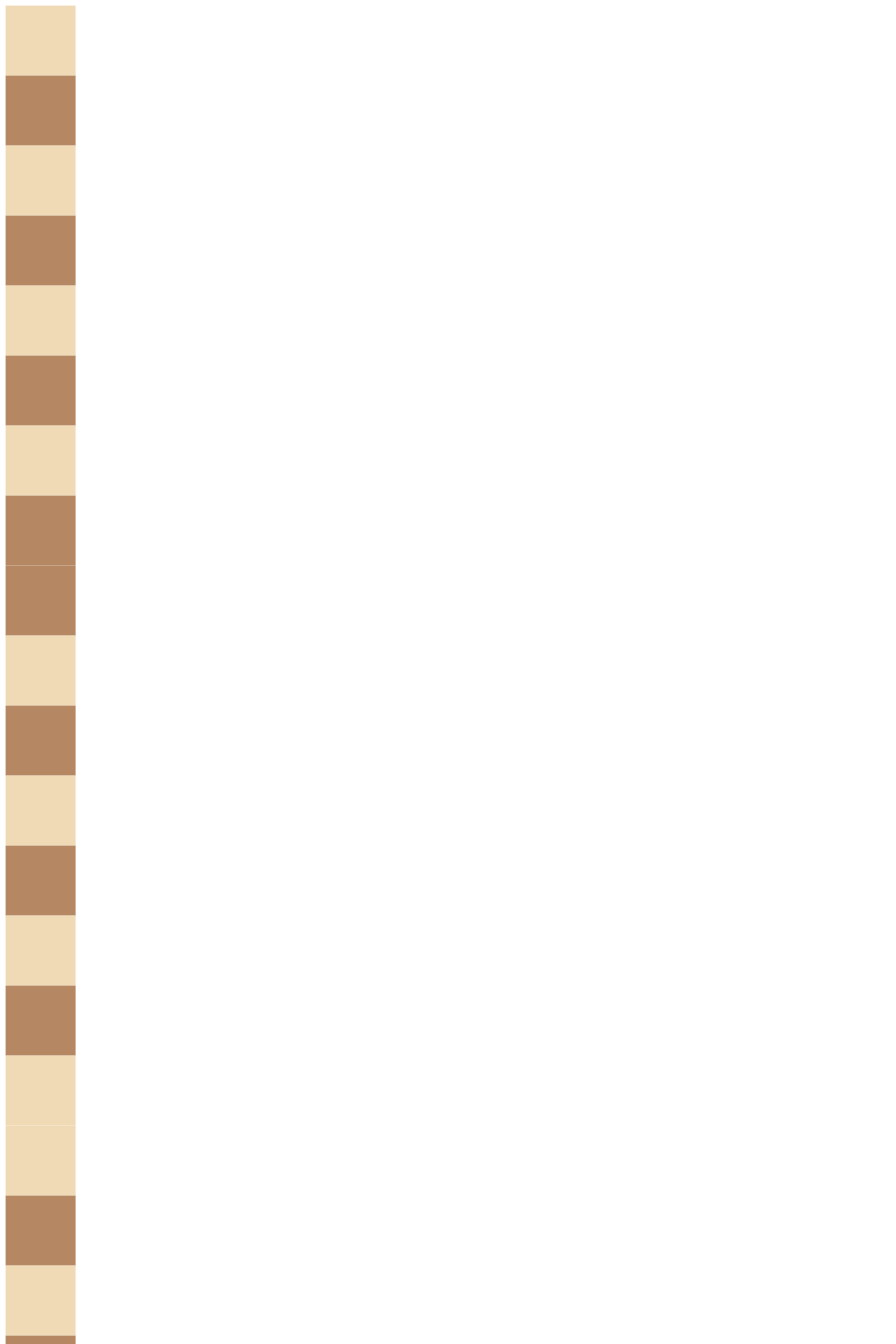
Repository: aniatot/CSS_KT
Page: 7 Grid vs Flexbox/7.1 Display Grid/index.html
The author's editor kept a copy of each file at every save. The page is drawn from the files as they stood at one save, then again after the next save.
The browser window is 1280 px wide. The pictures show the part of the page from y = 0 to 1920 px (the page is 6416 px tall before and 816 px after), at 70% of full size.

Above is the page before, as saved 2023-10-20 11:16:10.

After the next save:
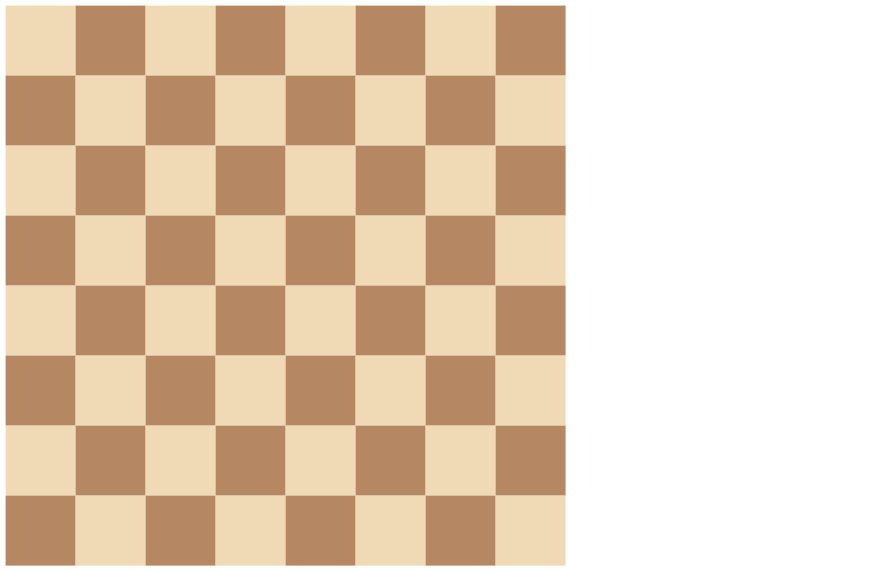
Saved 11 min 4 s later.
--- a/7 Grid vs Flexbox/7.1 Display Grid/index.html
+++ b/7 Grid vs Flexbox/7.1 Display Grid/index.html
@@ -8,12 +8,12 @@
     /* Each square should be 100px by 100px */
     /* My colours for white: #f0d9b5, black: #b58863 */
 
-/*     .container {
+    .container {
       width: 800px;
       display: grid;
       grid-template-columns: 1fr 1fr 1fr 1fr 1fr 1fr 1fr 1fr;
       grid-template-rows: 1fr 1fr 1fr 1fr 1fr 1fr 1fr 1fr;
-    } */
+    }
 
     .white {
       height: 100px;
